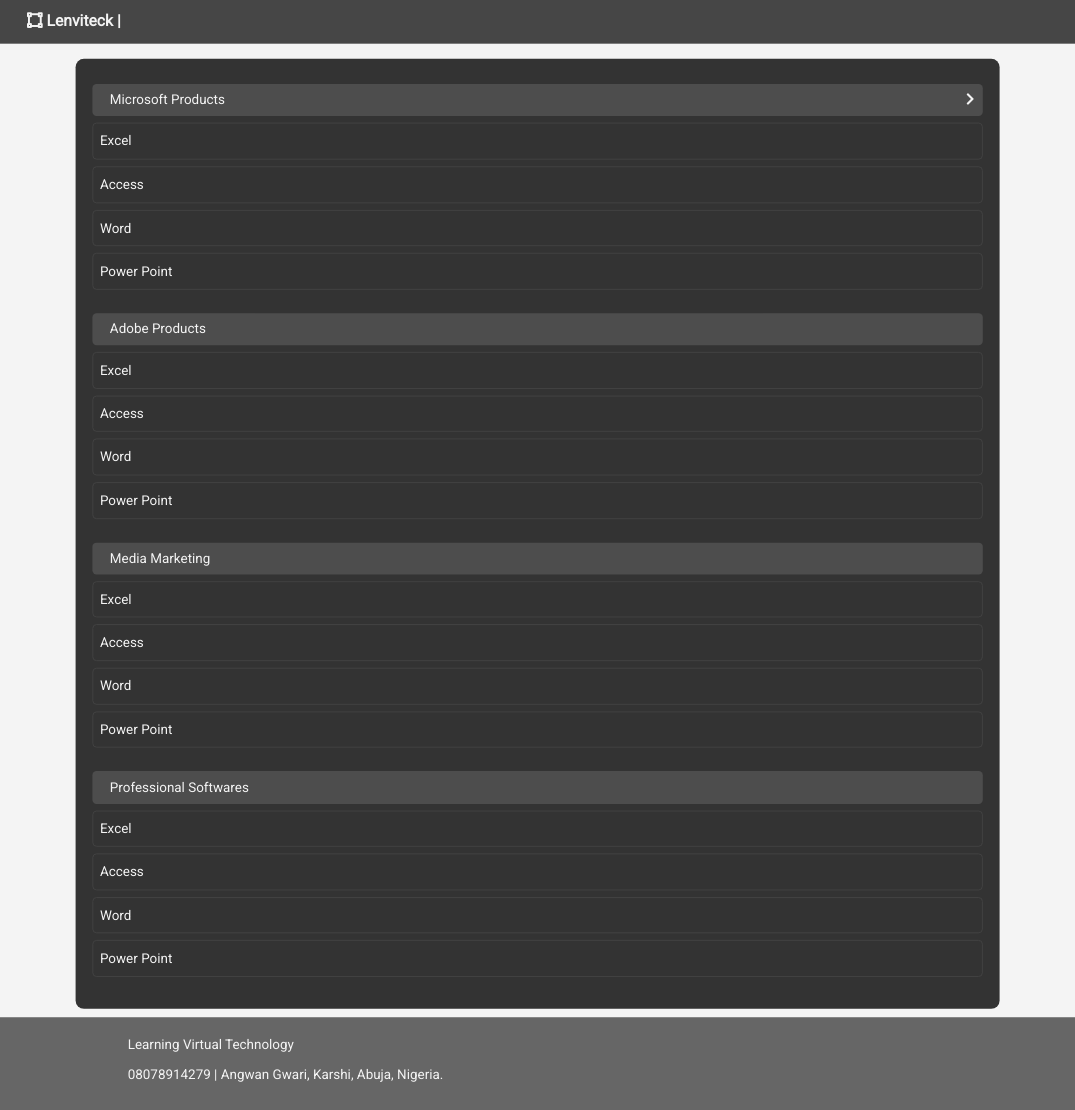
Repository: mxhdiqaim/lenviteck
Page: dist/trainingInstitute.html
An editor plug-in stored every save of this project. The page is shown before and after the next save, followed by the edit.
The browser window is 1280 px wide. The pictures show the whole page, at 84% of full size.
Some web libraries are served in a nearby version. The style sheet was rebuilt from its Sass, Less or Tailwind sources for each picture, by a compiler version that may differ from the author's.

Above is the page before, as saved 2021-04-15 17:14:39.

### dist/trainingInstitute.html
<!DOCTYPE html>
<html lang="en">
<head>
    <meta charset="UTF-8">
    <meta http-equiv="X-UA-Compatible" content="IE=edge">
    <meta name="viewport" content="width=device-width, initial-scale=1.0">
    <link rel="stylesheet" href="./styles/main.css">
    <link rel="stylesheet" href="https://pro.fontawesome.com/releases/v5.10.0/css/all.css"
    integrity="sha384-AYmEC3Yw5cVb3ZcuHtOA93w35dYTsvhLPVnYs9eStHfGJvOvKxVfELGroGkvsg+p" crossorigin="anonymous" />
    <title>Lenviteck - Training Institute</title>
</head>
<body>

    <section class="content">
      <nav class="navbar bg-dark">
          <div class="logo">
              <h1><i class="fas fa-vector-square"></i> Lenviteck  <span>|</span></h1>
          </div>
      </nav>
 <section class="container section-1">
    <div class="works-list drop-down">
        <a href="#" class="btn btn-block" >Microsoft Products<span><i class="fas fa-chevron-right"></i></span> </a>
        <ul>
            <li class="card"><a href="#">Excel</a></li>
            <li class="card"><a href="#">Access</a></li>
            <li class="card"><a href="#">Word</a></li>
            <li class="card"><a href="#">Power Point</a></li>
        </ul>
    </div>
    <div class="works-list">
        <a href="#" class="btn btn-block" >Adobe Products</a>
        <ul>
            <li class="card"><a href="#">Excel</a></li>
            <li class="card"><a href="#">Access</a></li>
            <li class="card"><a href="#">Word</a></li>
            <li class="card"><a href="#">Power Point</a></li>
        </ul>
    </div>
    <div class="works-list">
        <a href="#" class="btn btn-block" >Media Marketing</a>
        <ul>
            <li class="card"><a href="#">Excel</a></li>
            <li class="card"><a href="#">Access</a></li>
            <li class="card"><a href="#">Word</a></li>
            <li class="card"><a href="#">Power Point</a></li>
        </ul>
    </div>
    <div class="works-list">
        <a href="#" class="btn btn-block" >Professional Softwares</a>
        <ul>
            <li class="card"><a href="#">Excel</a></li>
            <li class="card"><a href="#">Access</a></li>
            <li class="card"><a href="#">Word</a></li>
            <li class="card"><a href="#">Power Point</a></li>
        </ul>
    </div>
 </section>


  </section>
      <footer>
         <div class="container-1">
             <p id="copy"></p>
         </div>
      </footer>

      <script>

          const date = new Date().getFullYear();

          document.getElementById("copy").innerHTML = ` <p>Learning Virtual Technology </p> <p>08078914279 | Angwan Gwari, Karshi, <span>Abuja, Nigeria</span>. </p>`;
      </script>
  </body>
</html>

### dist/styles/main.scss
// Import
@import url('https://fonts.googleapis.com/css?family=Roboto');

// Global variables
$primary-color: #dc3545;
$dark-color: #333333;
$light-color: #f4f4f4;
$danger-color: #dc3545;
$success-color: #28a745;

// Functions
@function set-text-color($color) {
  @if (lightness($color) > 40) {
    @return #000;
  } @else {
    @return #fff;
  }
}

* {
  padding: 0;
  margin: 0;
  box-sizing: border-box;
}

body {
  font-family: 'Roboto', sans-serif;
  font-size: 1rem;
  line-height: 1.6;
  color: set-text-color($light-color);
  background: $light-color;
}


a {
  color: set-text-color($light-color);
  text-decoration: none;
}

ul {
  list-style: none;
}

img {
  width: 100%;
}

.container {
  max-width: 1100px;
  margin: auto;
  overflow: hidden;
  padding: 0 2rem;
}

.container-1 {
  max-width: 1100px;
  margin-left: 100px;
  overflow: hidden;
  padding: 0 2rem;
}

.section-1 {
  padding: 20px 10px;
  background: $dark-color;
  color: $light-color;
  margin: 10px auto;
  border-radius: 10px;
  // height: calc(100vh - 100px);
  margin-top: 70px;

  .works-list {
    padding: 10px;
    width: 100%;
    transition: all .3s ease;

    ul li a {
      color: $light-color;
      transition: color .3s ease;

      &:hover {
        color: darken($light-color, 10);
      }
    }
  }
}

// cards
.card {
  padding: .5rem;
  border: #444 1px solid;
  border-radius: 5px;
  margin: 0.5rem 0;
}

.btn {
  display: inline-block;
  background: light-color;
  border-radius: 5px;
  padding: 0.4rem 1.3rem;
  font-size: 1rem;
  border: none;
  cursor: pointer;
  margin-right: 0.5rem;
  transition: opacity 0.2s ease-in;
  outline: none;
  background-color: lighten($dark-color, 10);
  color: $light-color;
  display: block;
  width: 100%;
  position: relative;

  span {
    position: absolute;
    right: 10px;
  }
}

.btn:hover {
  background-color: lighten($dark-color, 15);
}

input {
  margin: 1.2rem 0;
}

.btn-primary,
.bg-primary,
.badge-primary,
.alert-primary {
  background: $primary-color;
  color: #fff;
}

.btn-light,
.bg-light,
.badge-light,
.alert-light {
  background: $light-color;
  color: #333;
}

.btn-dark,
.bg-dark,
.badge-dark,
.alert-dark {
  background: $dark-color;
  color: #fff;
}

.btn-danger,
.bg-danger,
.badge-danger,
.alert-danger {
  background: $danger-color;
  color: #fff;
}

.btn-success,
.bg-success,
.badge-success,
.alert-success {
  background: $success-color;
  color: #fff;
}

.btn-white,
.bg-white,
.badge-white,
.alert-white {
  background: #fff;
  color: #333;
  border: #ccc solid 1px;
}



.bg-light,
.badge-light {
  border: #ccc solid 1px;
}

.navbar {
  display: flex;
  justify-content: space-between;
  align-items: center;
  padding: 0.7rem 2rem;
  z-index: 1;
  width: 100%;
  background: $dark-color;
  opacity: 0.9;
  color: $light-color;
  margin-bottom: 1rem;
  position: fixed;
  top: 0;
}

.navbar ul {
  display: flex;
}

.navbar a {
  color: #fff;
  padding: 0.45rem;
  margin: 0 0.25rem;
}

.navbar a:hover {
  color: $light-color;
}


// Drop Down Menu

.drop-down > {
  display: none;
}

// Footer
footer {
  background: lighten($dark-color, 20);
  display: flex;
  flex-direction: column;
  justify-content: flex-start;
  align-items: flex-start;
  color: $light-color;
  padding: 20px;

  ul {
    display: flex;

    li {
      margin: 10px;

      a {
        transition: all .3s ease;
        color: $light-color;

        &:hover {
          color: darken($light-color, 10);
        }
      }

    }
  }

  p {
    margin-bottom: 10px;
  }
}

// Media Query
@media (max-width: 700px) {
  .hide-sm {
    display: none;
  }

  /* Navbar */
  .navbar {
    display: block;
  }

  .navbar ul {
    text-align: center;
    justify-content: center;
  }

  // Footer
  .container-1 {
    max-width: 1100px;
    // margin-left: 100px;
    margin: auto;
    text-align: left;
    overflow: hidden;
    padding: 0 2rem;
  }

}

After the next save:
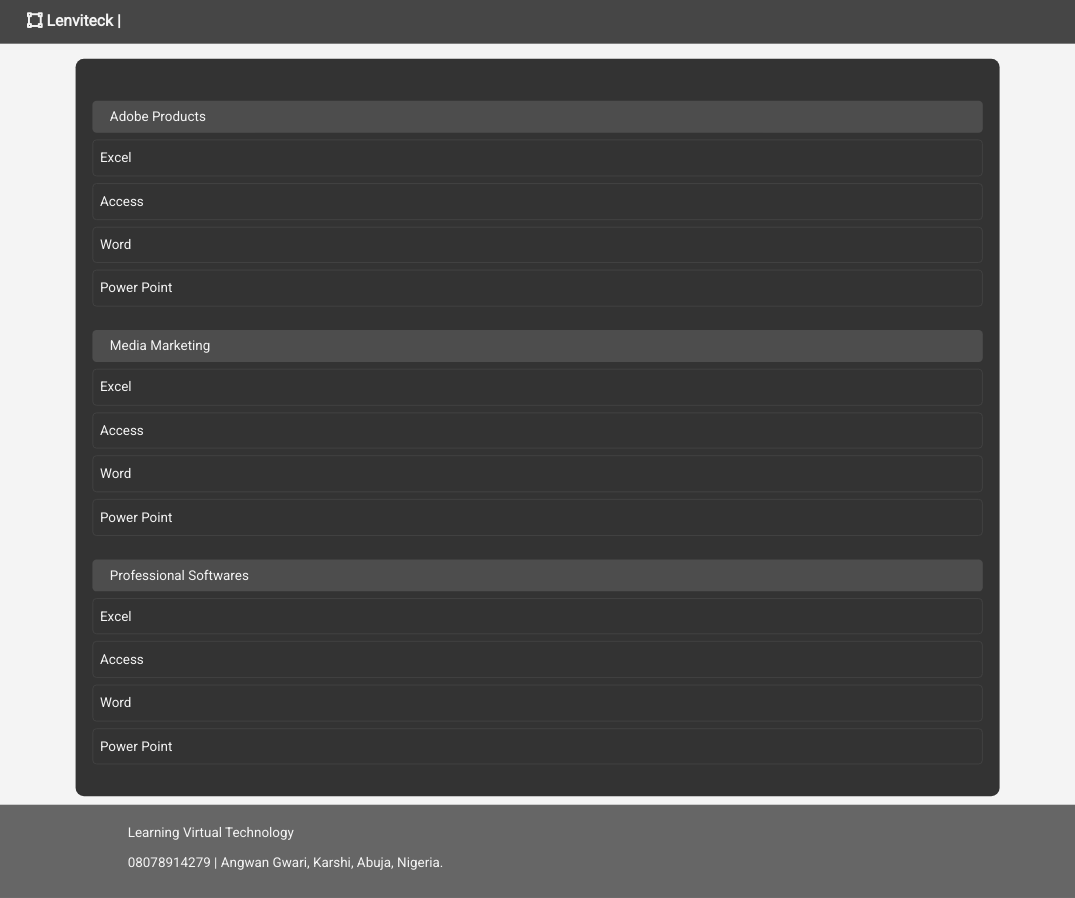
Saved 24 s later.
--- a/dist/styles/main.scss
+++ b/dist/styles/main.scss
@@ -211,7 +211,8 @@ input {
 
 // Drop Down Menu
 
-.drop-down > {
+.drop-down a,
+.drop-down ul {
   display: none;
 }
 
